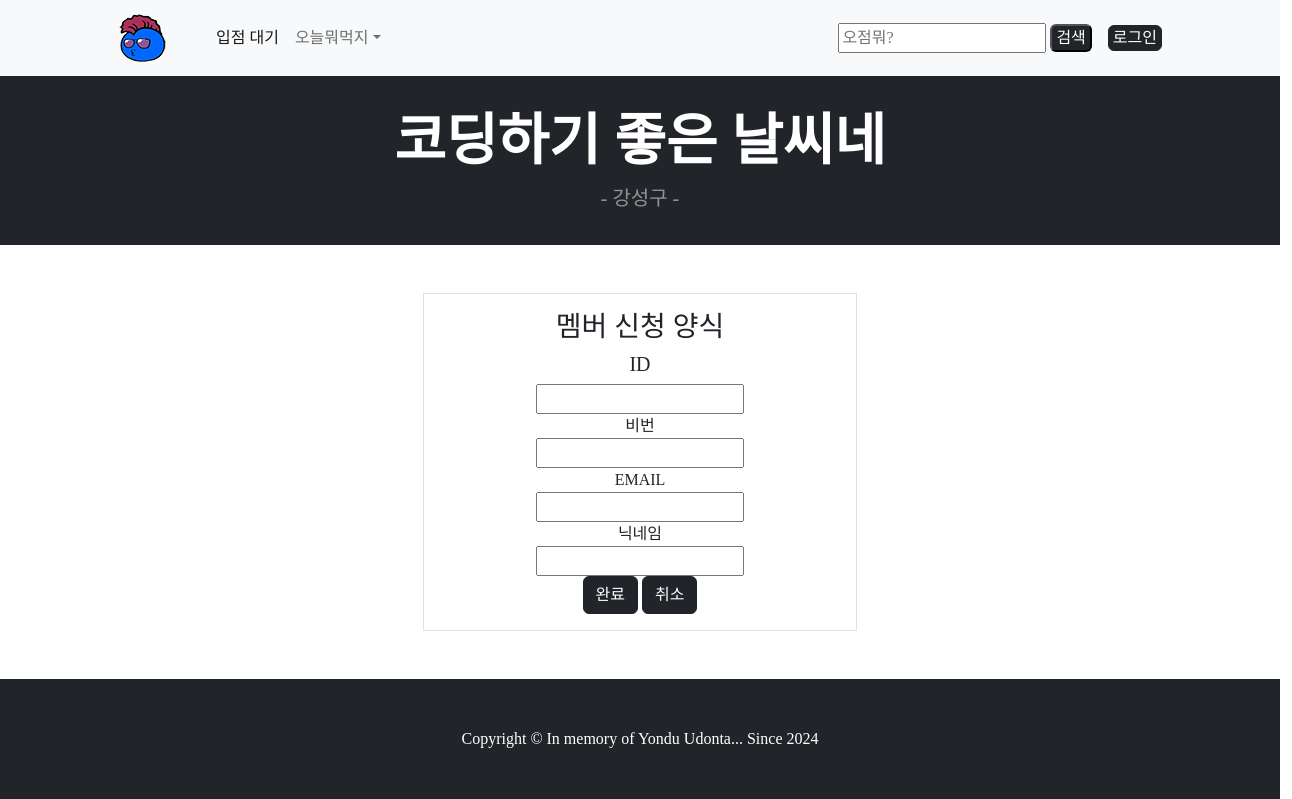
Repository: ashwan94/ydzone
Page: http://localhost/YonduZone/signUp
An editor plug-in stored every save of this project. The page is shown before and after the next save, followed by the edit.
The browser window is 1280 px wide. The page is 1292 px wide, so the pictures cover 1292 px, including what lies to the right of the window. The pictures show the whole page.
Some web fonts or font styles are not loaded; a fallback is used. The page is served by Tomcat 9.

Above is the page before, as saved 2024-05-01 11:43:35.

After the next save:
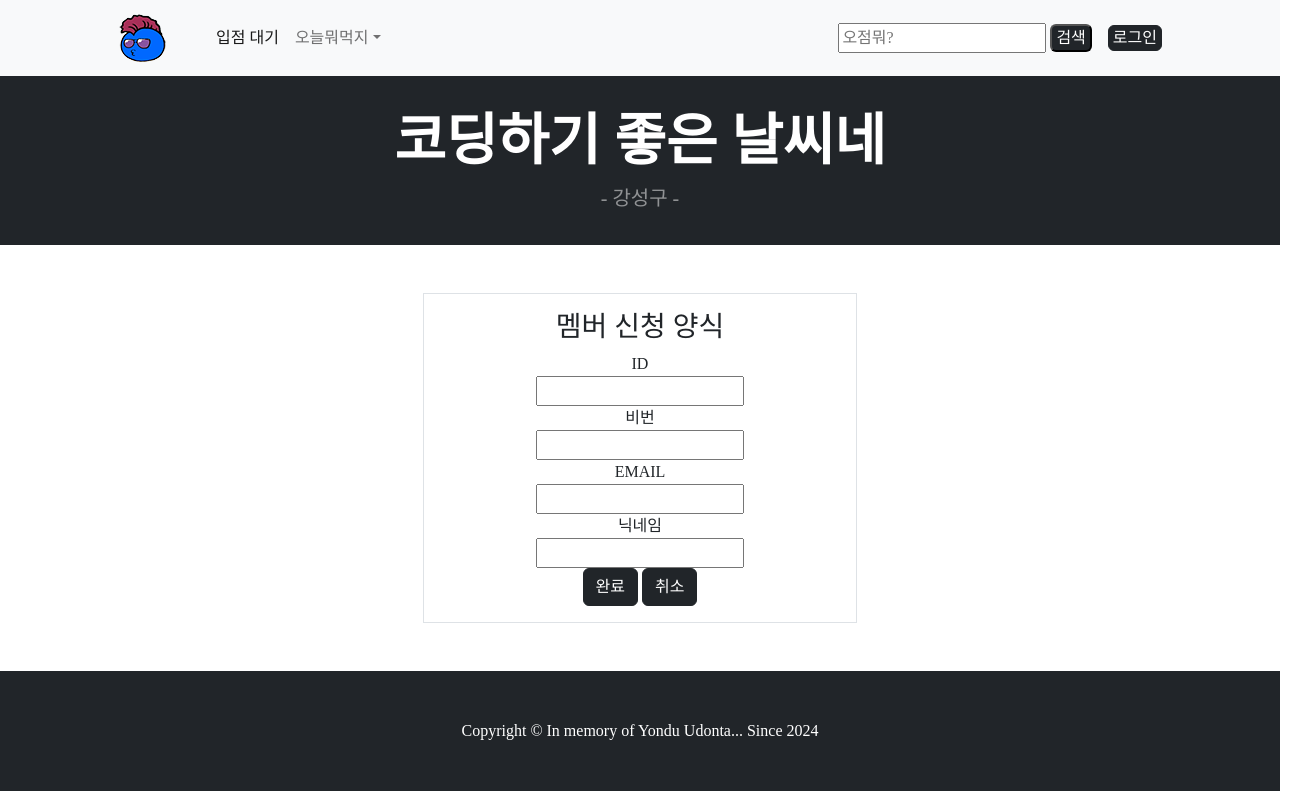
Saved 26 s later.
--- a/YonduZone/src/main/webapp/WEB-INF/views/common/signUp.jsp
+++ b/YonduZone/src/main/webapp/WEB-INF/views/common/signUp.jsp
@@ -12,7 +12,7 @@
 		<form action="/signUp" method="post" id="signUpForm">
 		<h3>멤버 신청 양식</h3>
 		<label>
-			<h5>ID</h5>
+			<div>ID</div>
 			<input type="text" name="id">
 		</label>
 		<label>
